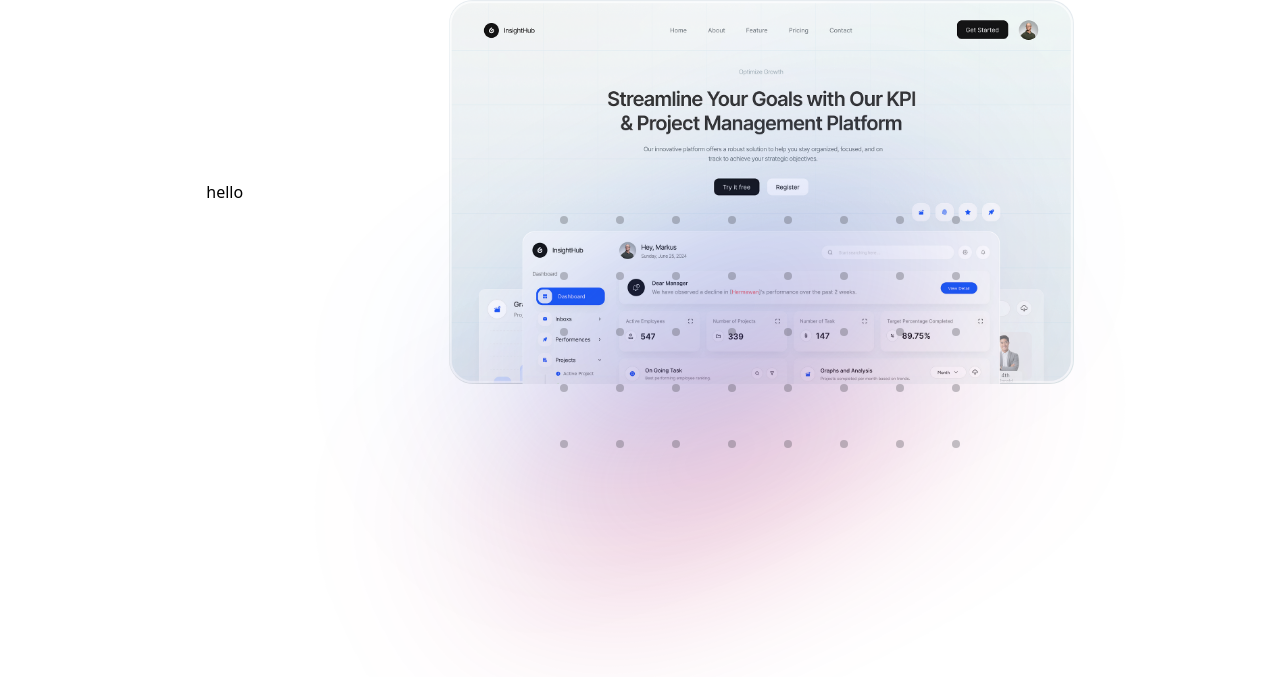
Repository: 30namp/youtube-web-art-code
Page: stunning landing page 1/index.html
The author's editor kept a copy of each file at every save. The page is drawn from the files as they stood at one save, then again after the next save.
The browser window is 1280 px wide. The pictures show the whole page.

Above is the page before, as saved 2024-09-26 18:27:06.

### stunning landing page 1/index.html
<!DOCTYPE html>
<html lang="en">
  <head>
    <meta charset="UTF-8" />
    <meta name="viewport" content="width=device-width, initial-scale=1.0" />
    <title>WebArt Design</title>
    <script src="./tailwindcss.min.js"></script>
  </head>
  <body class="min-h-screen">
    <div
      class="absolute right-[25%] top-[60%] h-12 w-[30rem] rounded-[100%] rotate-[-25deg] bg-pink-700 blur-[6rem]"
    ></div>
    <div
      class="absolute right-[25%] top-[40%] h-12 w-[30rem] rounded-[100%] rotate-[-25deg] bg-blue-700 blur-[6rem]"
    ></div>
    <div class="grid grid-cols-8 gap-12 absolute right-[25%] top-[30%]">
      <div class="rounded-full bg-zinc-700/30 size-2 shadow-lg"></div>
      <div class="rounded-full bg-zinc-700/30 size-2 shadow-lg"></div>
      <div class="rounded-full bg-zinc-700/30 size-2 shadow-lg"></div>
      <div class="rounded-full bg-zinc-700/30 size-2 shadow-lg"></div>
      <div class="rounded-full bg-zinc-700/30 size-2 shadow-lg"></div>
      <div class="rounded-full bg-zinc-700/30 size-2 shadow-lg"></div>
      <div class="rounded-full bg-zinc-700/30 size-2 shadow-lg"></div>
      <div class="rounded-full bg-zinc-700/30 size-2 shadow-lg"></div>
      <div class="rounded-full bg-zinc-700/30 size-2 shadow-lg"></div>
      <div class="rounded-full bg-zinc-700/30 size-2 shadow-lg"></div>
      <div class="rounded-full bg-zinc-700/30 size-2 shadow-lg"></div>
      <div class="rounded-full bg-zinc-700/30 size-2 shadow-lg"></div>
      <div class="rounded-full bg-zinc-700/30 size-2 shadow-lg"></div>
      <div class="rounded-full bg-zinc-700/30 size-2 shadow-lg"></div>
      <div class="rounded-full bg-zinc-700/30 size-2 shadow-lg"></div>
      <div class="rounded-full bg-zinc-700/30 size-2 shadow-lg"></div>
      <div class="rounded-full bg-zinc-700/30 size-2 shadow-lg"></div>
      <div class="rounded-full bg-zinc-700/30 size-2 shadow-lg"></div>
      <div class="rounded-full bg-zinc-700/30 size-2 shadow-lg"></div>
      <div class="rounded-full bg-zinc-700/30 size-2 shadow-lg"></div>
      <div class="rounded-full bg-zinc-700/30 size-2 shadow-lg"></div>
      <div class="rounded-full bg-zinc-700/30 size-2 shadow-lg"></div>
      <div class="rounded-full bg-zinc-700/30 size-2 shadow-lg"></div>
      <div class="rounded-full bg-zinc-700/30 size-2 shadow-lg"></div>
      <div class="rounded-full bg-zinc-700/30 size-2 shadow-lg"></div>
      <div class="rounded-full bg-zinc-700/30 size-2 shadow-lg"></div>
      <div class="rounded-full bg-zinc-700/30 size-2 shadow-lg"></div>
      <div class="rounded-full bg-zinc-700/30 size-2 shadow-lg"></div>
      <div class="rounded-full bg-zinc-700/30 size-2 shadow-lg"></div>
      <div class="rounded-full bg-zinc-700/30 size-2 shadow-lg"></div>
      <div class="rounded-full bg-zinc-700/30 size-2 shadow-lg"></div>
      <div class="rounded-full bg-zinc-700/30 size-2 shadow-lg"></div>
      <div class="rounded-full bg-zinc-700/30 size-2 shadow-lg"></div>
      <div class="rounded-full bg-zinc-700/30 size-2 shadow-lg"></div>
      <div class="rounded-full bg-zinc-700/30 size-2 shadow-lg"></div>
      <div class="rounded-full bg-zinc-700/30 size-2 shadow-lg"></div>
      <div class="rounded-full bg-zinc-700/30 size-2 shadow-lg"></div>
      <div class="rounded-full bg-zinc-700/30 size-2 shadow-lg"></div>
      <div class="rounded-full bg-zinc-700/30 size-2 shadow-lg"></div>
      <div class="rounded-full bg-zinc-700/30 size-2 shadow-lg"></div>
    </div>

    <div class="hero-section h-full flex justify-evenly items-center">
      <div class="content">hello</div>
      <img class="h-96 rounded-3xl" src="./img.png" alt="" />
    </div>
  </body>
</html>

Loaded but not shown: stunning landing page 1/tailwindcss.min.js (library)

After the next save:
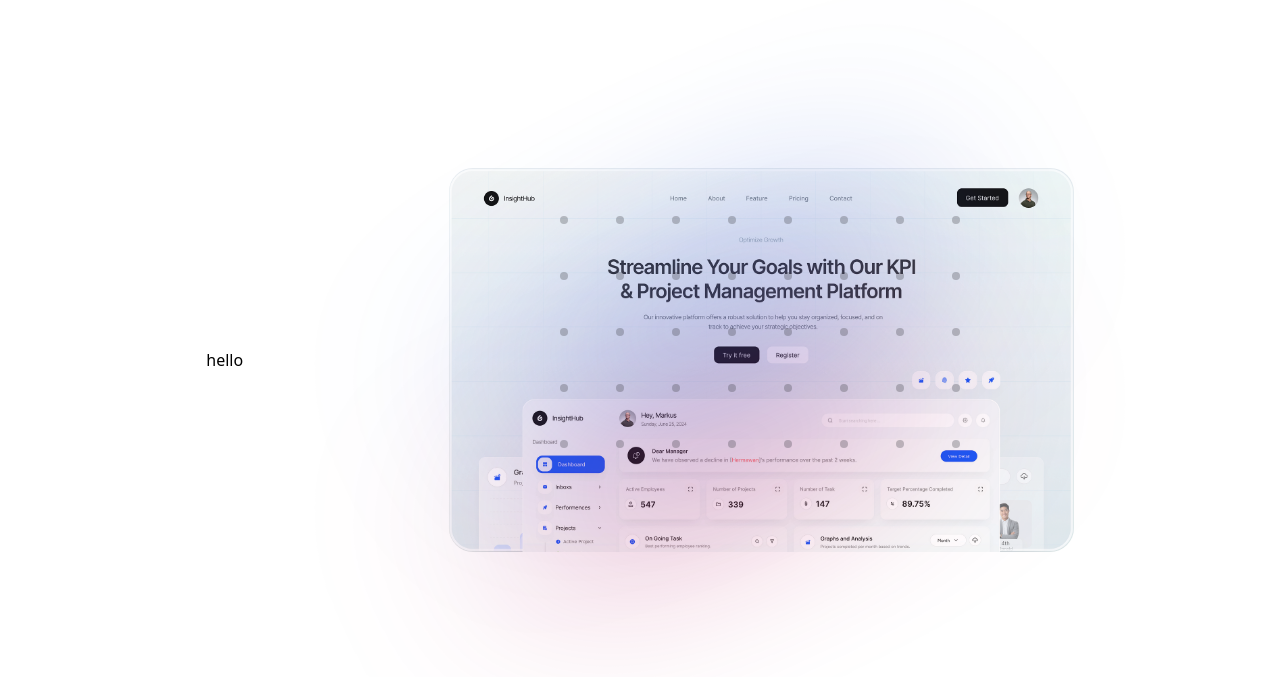
Saved 8 s later.
--- a/stunning landing page 1/index.html
+++ b/stunning landing page 1/index.html
@@ -56,7 +56,7 @@
       <div class="rounded-full bg-zinc-700/30 size-2 shadow-lg"></div>
     </div>
 
-    <div class="hero-section h-full flex justify-evenly items-center">
+    <div class="hero-section h-screen flex justify-evenly items-center">
       <div class="content">hello</div>
       <img class="h-96 rounded-3xl" src="./img.png" alt="" />
     </div>
